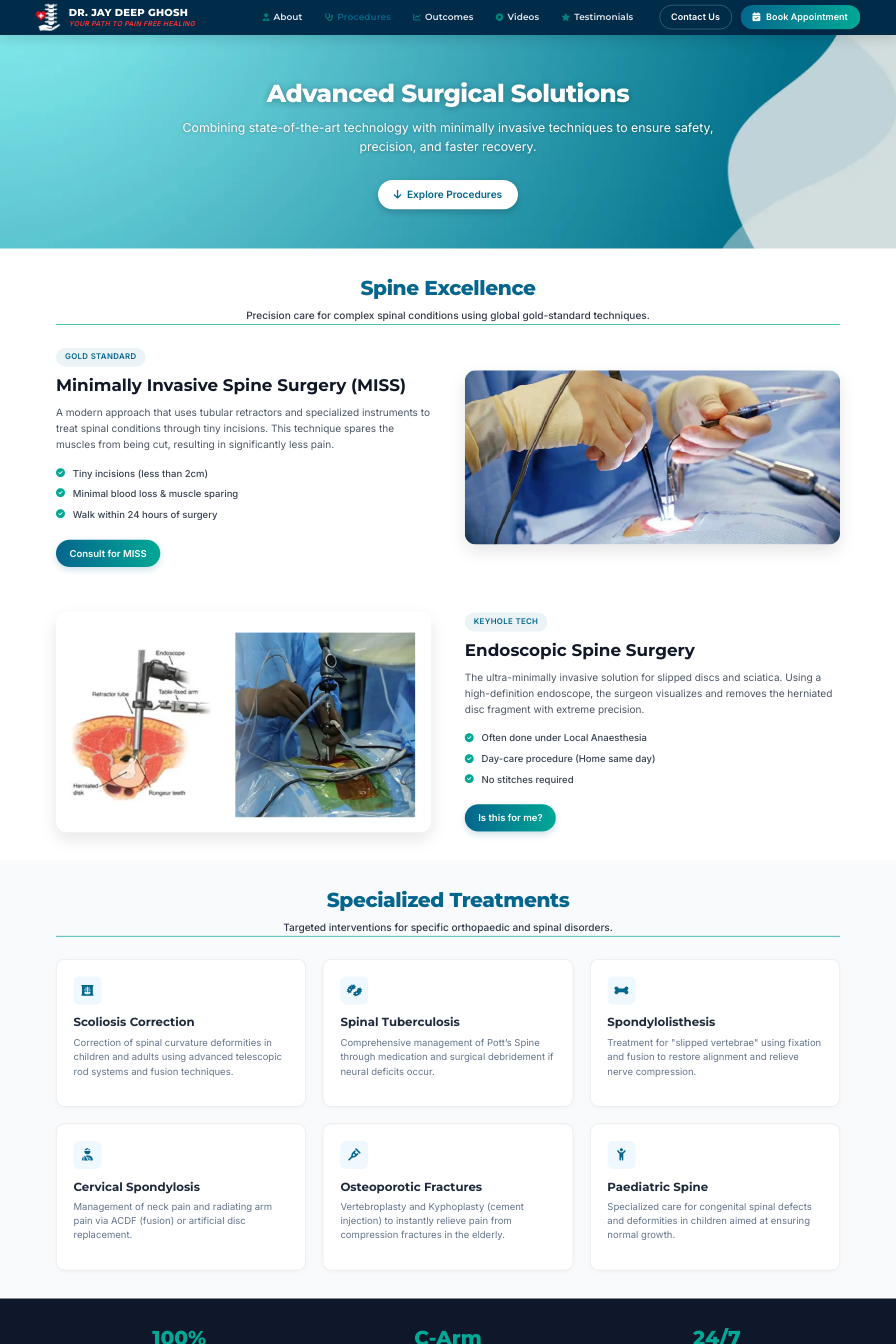
Repository: Kape-21/dr-JDGhosh
Page: procedures.html
The author's editor kept a copy of each file at every save. The page is drawn from the files as they stood at one save, then again after the next save.
The browser window is 1280 px wide. The pictures show the part of the page from y = 0 to 1920 px (the page is 3963 px tall), at 70% of full size.

Above is the page before, as saved 2026-01-30 01:23:40.

After the next save:
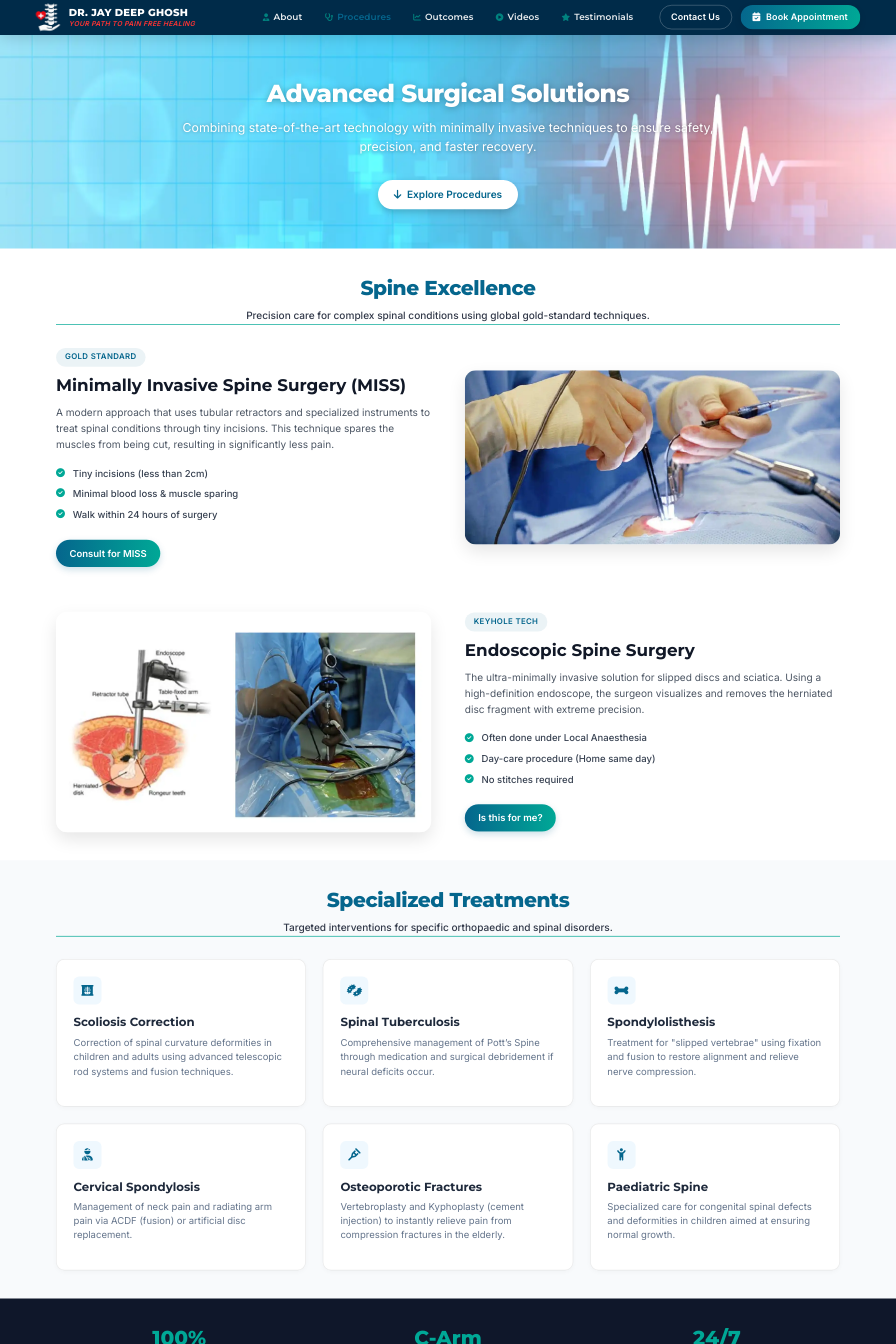
Saved 3 min 45 s later.
--- a/procedures.html
+++ b/procedures.html
@@ -58,7 +58,7 @@
     /* --- HERO SECTION --- */
     .proc-hero {
       /* Background Image only - No Overlay */
-      background: url('assets/about-hero-bg2.webp') no-repeat center center;
+      background: url('assets/proc-hero-bg.webp') no-repeat center center;
       background-size: cover;
       position: relative;
       padding: 4rem 0 3.5rem;
